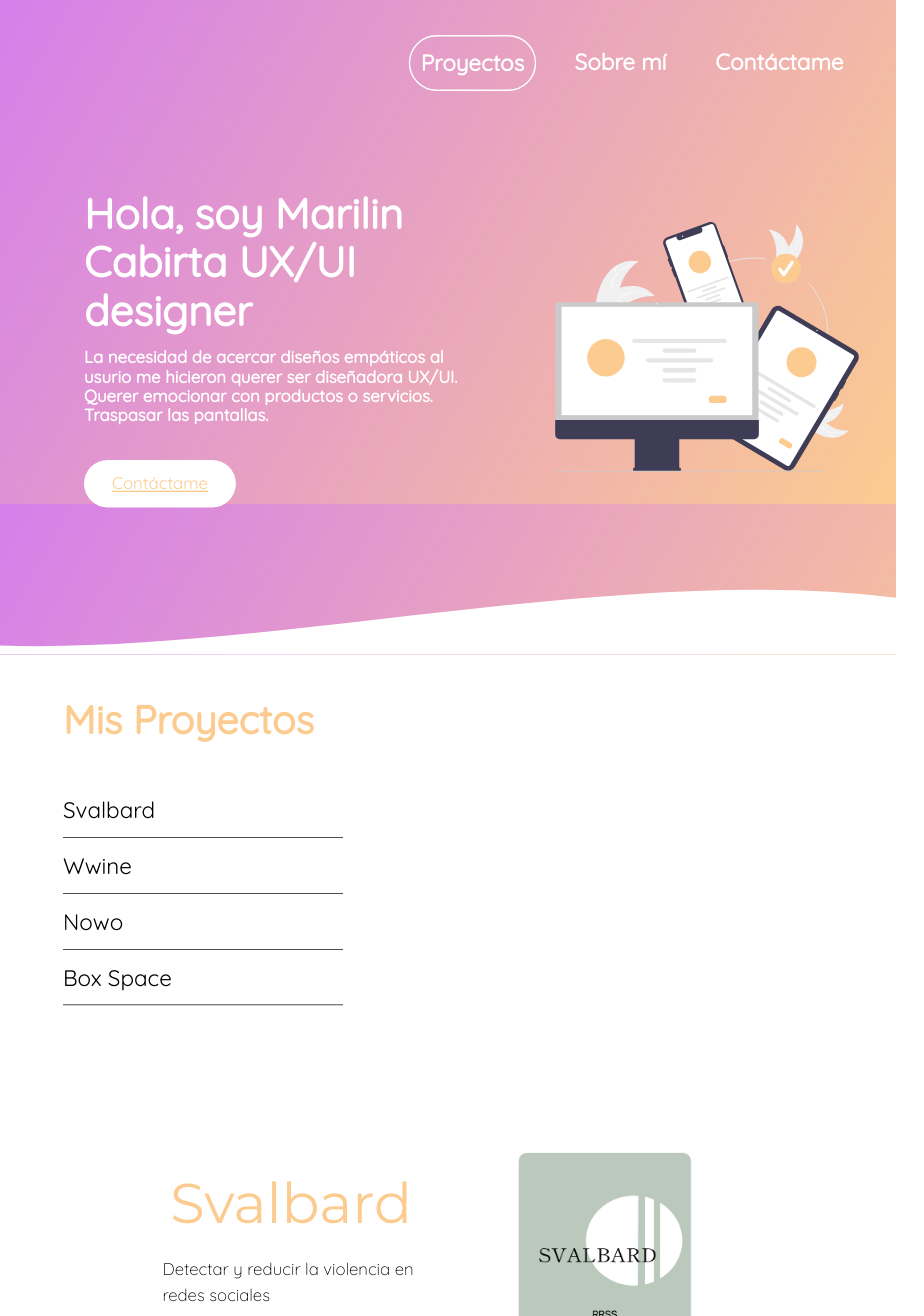
Repository: Marilyncabirta/portfolioHTML
Page: index.html
An editor plug-in stored every save of this project. The page is shown before and after the next save, followed by the edit.
The browser window is 1280 px wide. The page is 1320 px wide, so the pictures cover 1320 px, including what lies to the right of the window. The pictures show the part of the page from y = 0 to 1880 px (the page is 5169 px tall), at 70% of full size.
Backgrounds fixed to the window are drawn as part of the page. Some web libraries are served in a nearby version.

Above is the page before, as saved 2022-12-16 13:47:44.

After the next save:
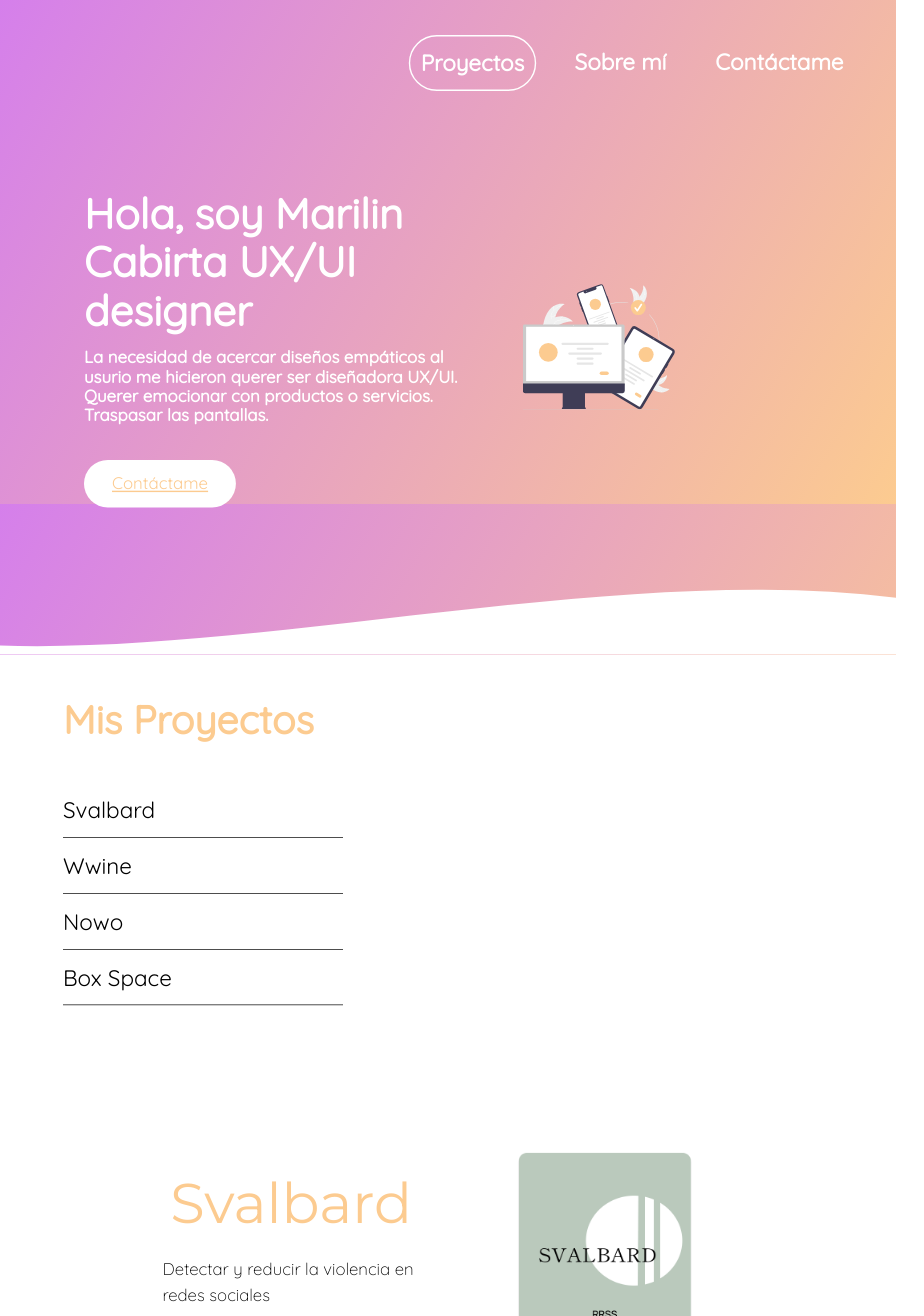
Saved 17 s later.
--- a/css/estilos.css
+++ b/css/estilos.css
@@ -40,7 +40,7 @@ body{
 
 
 .contenedor_ilustraciones{
-    width: 8050%0px;
+    width: 50%;
     height: auto;
     text-align: center;
     justify-content: center;
